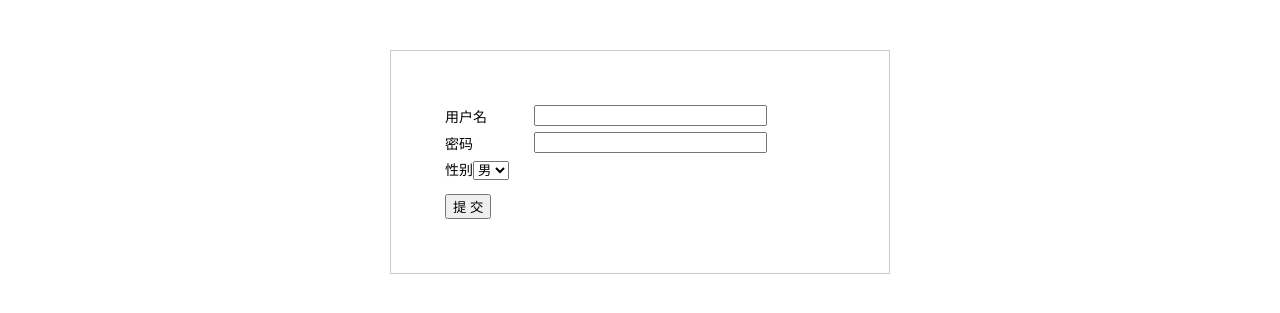
Repository: tangqingyun/java
Page: http://localhost/tamny_blog/Reg.jsp
These files come from the project's save history. The page is drawn as it stood at one moment and after the next save; the edit follows.
The browser window is 1280 px wide. The pictures show the whole page.
The page is served by Tomcat 9. Nobody is signed in. The application's start-up code is not run.

Above is the page before, as saved 2015-01-21 07:50:34.

After the next save:
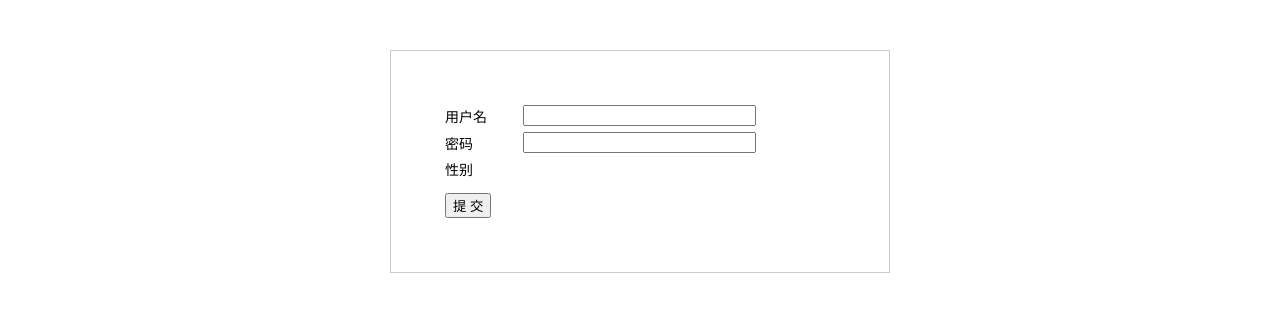
Saved 4 s later.
--- a/tamny_blog/WebContent/Reg.jsp
+++ b/tamny_blog/WebContent/Reg.jsp
@@ -27,10 +27,7 @@
 			</tr>
 
 			<tr>
-				<td>性别<select name="user.sex">
-						<option value="0">男</option>
-						<option value="1">女</option>
-					</select></td>
+				<td>性别</td>
 			</tr>
 
 
